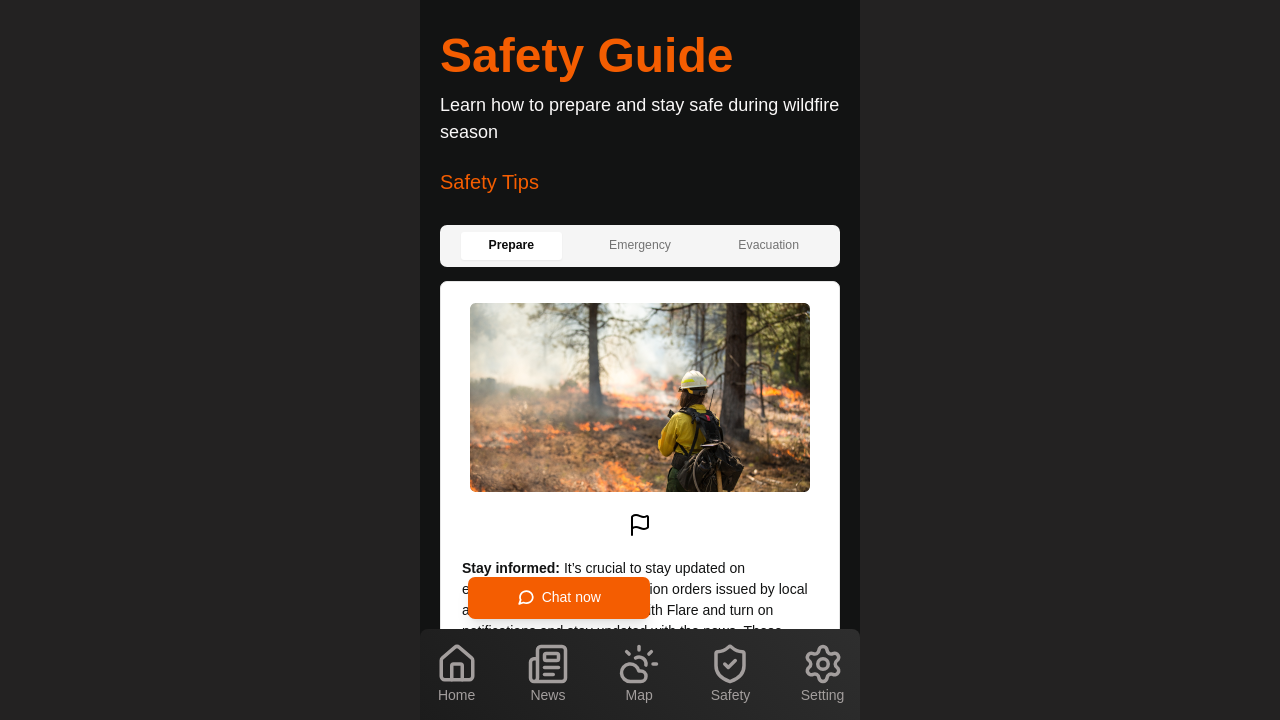
Repository: BCITKevin/Flare_IDSP
Page: /safety
These files come from the project's save history. The page is drawn as it stood at one moment and after the next save; the edit follows.
The browser window is 1280 px wide. The pictures show the whole page.
An inner scrolling area shows only its first screen. Some web fonts or font styles are not loaded; a fallback is used. The project was rebuilt for these pictures with package versions that can differ from the ones it lists, and the page was loaded fresh each time. The framework's server and built-in components were replaced by stand-ins that run in the browser. Also part of the build but not shown: next.config.js, next.config.mjs.

Above is the page before, as saved 2024-11-30 16:38:36.

After the next save:
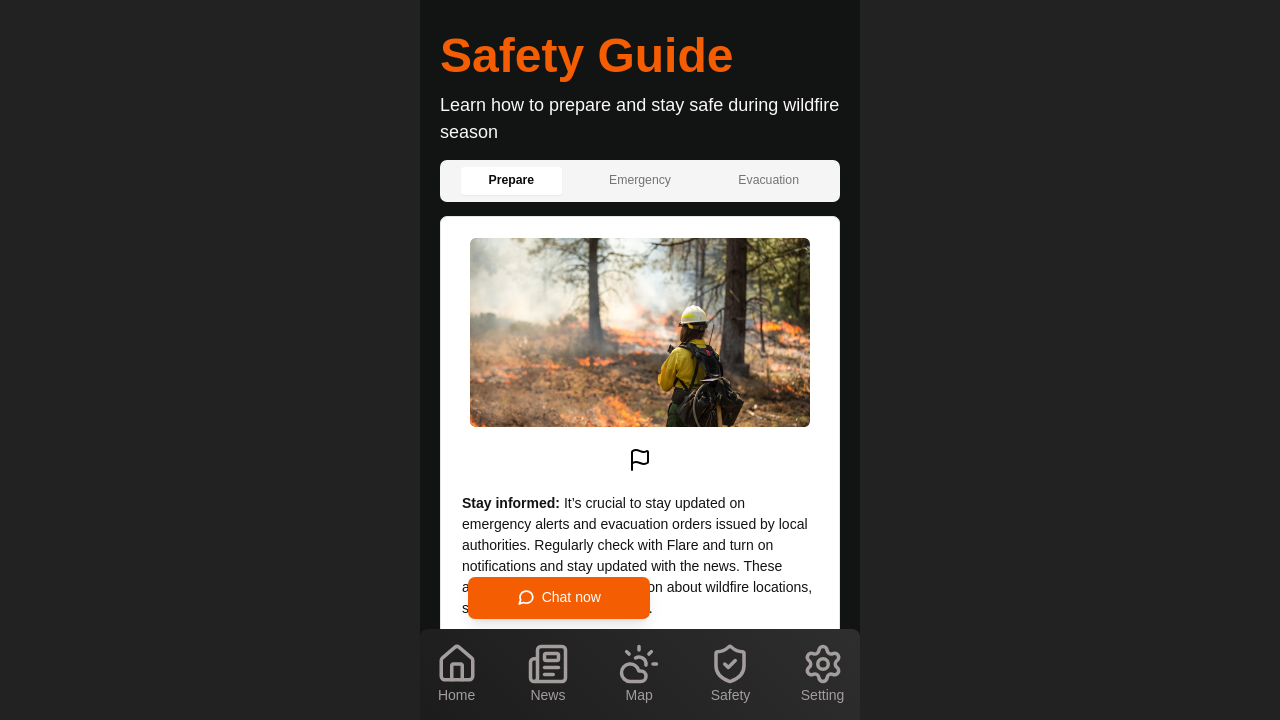
Saved 3 min 45 s later.
--- a/src/app/safety/page.tsx
+++ b/src/app/safety/page.tsx
@@ -184,11 +184,11 @@ export default function Safety() {
                         </div>
                     </CardContent>
                 </Card> */}
-                <div className={`${styles.safetyHeading} mb-6 mt-6`}>
+                {/* <div className={`${styles.safetyHeading} mb-6 mt-6`}>
                     <h4>
                         Safety Tips
                     </h4>
-                </div>
+                </div> */}
                 <div className="mt-2">
                 <Tabs defaultValue="Prepare" className="w-full flex flex-col" onValueChange={setActiveTab}>
                         <TabsList className="space-x-8 p-6 my-2 rounded-lg">
